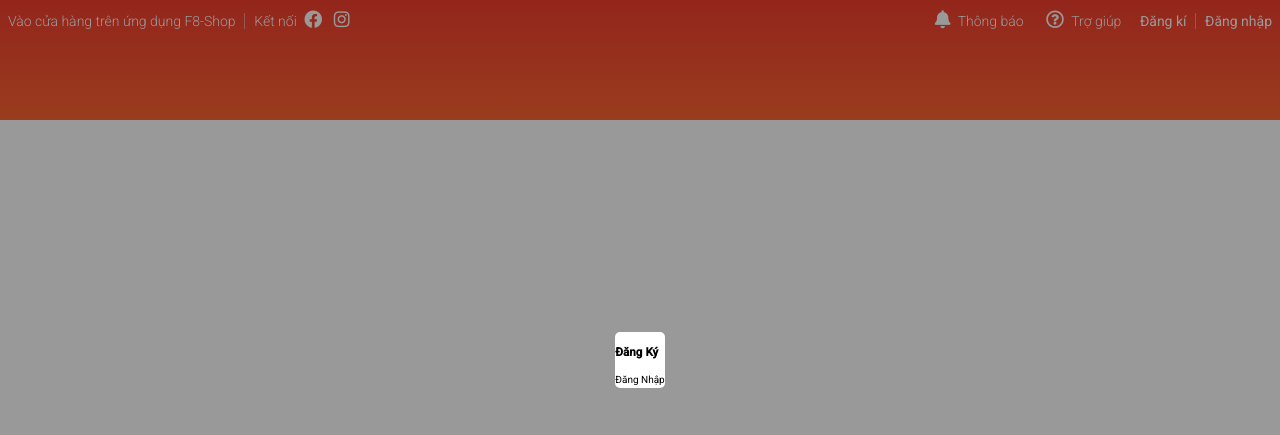
Repository: phunobi1807/shopee
Page: index.html
The author's editor kept a copy of each file at every save. The page is drawn from the files as they stood at one save, then again after the next save.
The browser window is 1280 px wide. The pictures show the whole page.

Above is the page before, as saved 2021-06-13 13:50:08.

After the next save:
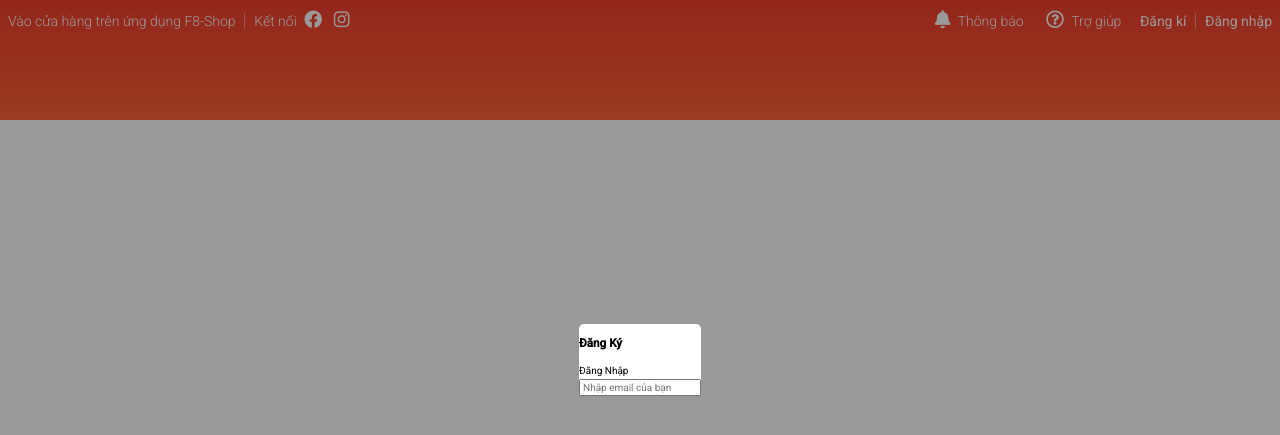
Saved 84 s later.
--- a/index.html
+++ b/index.html
@@ -129,6 +129,11 @@
                             Đăng Nhập
                         </span>
                     </div>
+                    <div class="auth-form__form">
+                        <div class="auth-form__group">
+                            <input type="text" class="auth-form__input" placeholder="Nhập email của bạn">
+                        </div>
+                    </div>
                 </div>
             </div>
         </div>
